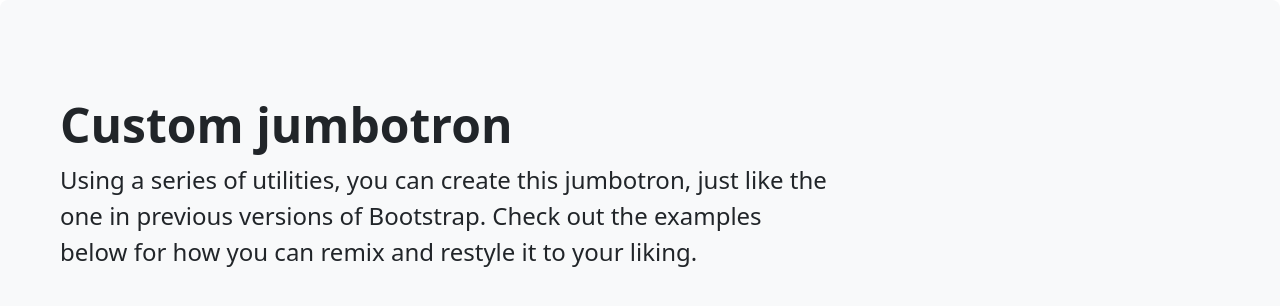
Repository: thecoachanna/newsletter-signup
Page: failure.html
The author's editor kept a copy of each file at every save. The page is drawn from the files as they stood at one save, then again after a run of saves.
The browser window is 1280 px wide. The pictures show the whole page.

Above is the page before, as saved 2023-05-05 09:24:54.

### failure.html
<!DOCTYPE html>
<html lang="en">
<head>
    <meta charset="UTF-8">
    <meta http-equiv="X-UA-Compatible" content="IE=edge">
    <meta name="viewport" content="width=device-width, initial-scale=1.0">
    <link href="https://cdn.jsdelivr.net/npm/bootstrap@5.3.0-alpha3/dist/css/bootstrap.min.css" rel="stylesheet"
        integrity="sha384-KK94CHFLLe+nY2dmCWGMq91rCGa5gtU4mk92HdvYe+M/SXH301p5ILy+dN9+nJOZ" crossorigin="anonymous">
    <title>Failure</title>
</head>
<body>
    <div class="p-5 mb-4 bg-body-tertiary rounded-3">
        <div class="container-fluid py-5">
          <h1 class="display-5 fw-bold">Custom jumbotron</h1>
          <p class="col-md-8 fs-4">Using a series of utilities, you can create this jumbotron, just like the one in previous versions of Bootstrap. Check out the examples below for how you can remix and restyle it to your liking.</p>

        </div>
      </div>
</body>
</html>

After the next 2 saves:
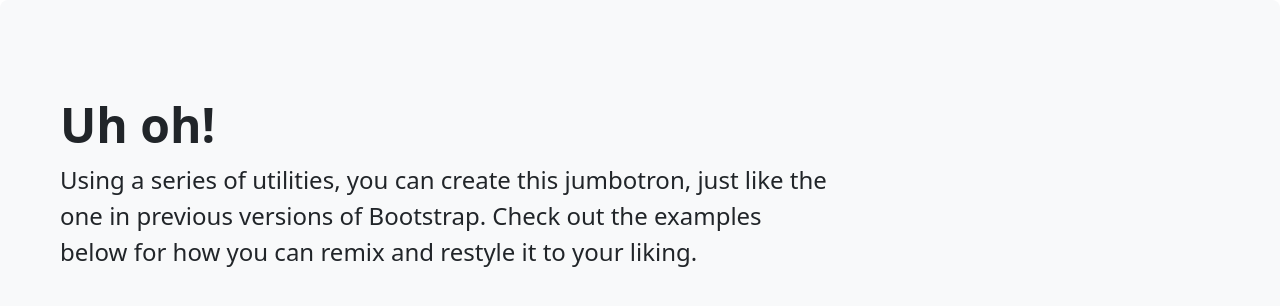
The 2 saves are shown as one change because they came seconds apart.
The last was saved 8 s later.
--- a/failure.html
+++ b/failure.html
@@ -11,7 +11,7 @@
 <body>
     <div class="p-5 mb-4 bg-body-tertiary rounded-3">
         <div class="container-fluid py-5">
-          <h1 class="display-5 fw-bold">Custom jumbotron</h1>
+          <h1 class="display-5 fw-bold">Uh oh!</h1>
           <p class="col-md-8 fs-4">Using a series of utilities, you can create this jumbotron, just like the one in previous versions of Bootstrap. Check out the examples below for how you can remix and restyle it to your liking.</p>
 
         </div>
